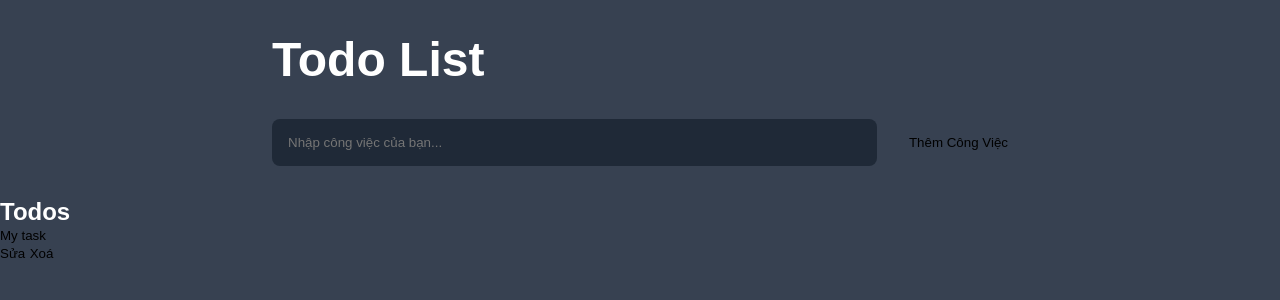
Repository: ntheanh/Todo-List
Page: index.html
These files come from the project's save history. The page is drawn as it stood at one moment and after the next save; the edit follows.
The browser window is 1280 px wide. The pictures show the whole page.
The style sheet was rebuilt from its Sass, Less or Tailwind sources for each picture, by a compiler version that may differ from the author's.

Above is the page before, as saved 2023-03-15 22:40:12.

### index.html
<!DOCTYPE html>
<html lang="en">
  <head>
    <meta charset="UTF-8" />
    <meta http-equiv="X-UA-Compatible" content="IE=edge" />
    <meta name="viewport" content="width=device-width, initial-scale=1.0" />
    <title>My Todo List</title>
    <link rel="stylesheet" href="style.css" />
  </head>
  <body>
    <header>
      <h1>Todo List</h1>
      <form action="" id="new-todo-form">
        <input
          id="new-todo-input"
          type="text"
          name="todo"
          placeholder="Nhập công việc của bạn... "
        />
        <input id="new-todo-submit" type="submit" value="Thêm Công Việc" />
      </form>
    </header>
    <main>
      <section class="task-list">
        <h2>Todos</h2>
        <div id="tasks">
          <div class="task">
            <div class="content">
              <input
                type="text"
                class="content_input"
                value="My task"
                readonly
              />
            </div>
            <div class="actons">
              <button class="edit">Sửa</button>
              <button class="delete">Xoá</button>
            </div>
          </div>
        </div>
      </section>
    </main>

    <script src="app.js"></script>
  </body>
</html>

### style.scss
:root {
  --dark: #374151;
  --darker: #1f2937;
  --darkest: #111827;
  --gray: #6b7280;
  --light: #eee;
  --pink: #ec4899;
  --purple: #8b5cf6;
}

* {
  margin: 0;
  padding: 0;
  box-sizing: border-box;
  font-family: "Poppins", sans-serif;
}

body {
  display: flex;
  flex-direction: column;
  min-height: 100vh;
  background: var(--dark);
  color: #fff;
}

header {
  padding: 2rem;
  width: 100%;
  max-width: 800px;
  margin: 0 auto;
  h1 {
    font-size: 3rem;
    font-weight: 600;
    margin-bottom: 2rem;
  }
}
#new-todo-form {
  display: flex;
}

input,
button {
  appearance: none;
  border: none;
  outline: none;
  background: none;
}

#new-todo-input {
  flex: 1 1 0%;
  background: var(--darker);
  padding: 1rem;
  border-radius: 0.5rem;
  margin-right: 2rem;
}

Loaded but not shown: app.js (no stored copy; drawn as an empty file)

After the next save:
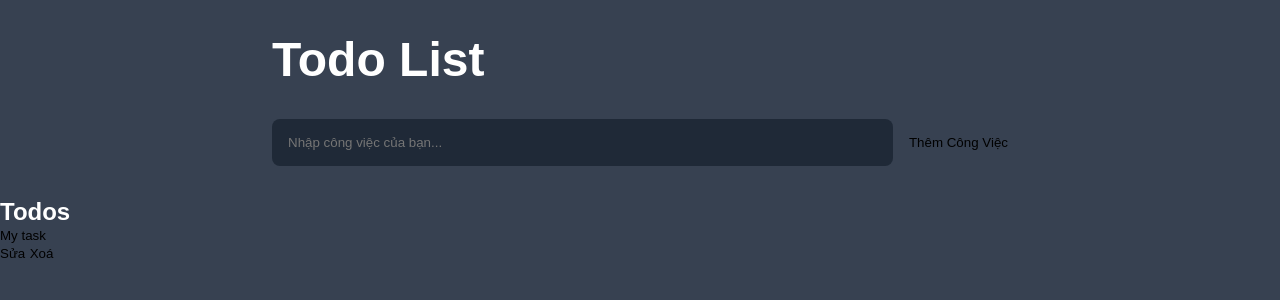
Saved 8 s later.
--- a/style.scss
+++ b/style.scss
@@ -51,5 +51,5 @@ button {
   background: var(--darker);
   padding: 1rem;
   border-radius: 0.5rem;
-  margin-right: 2rem;
+  margin-right: 1rem;
 }
